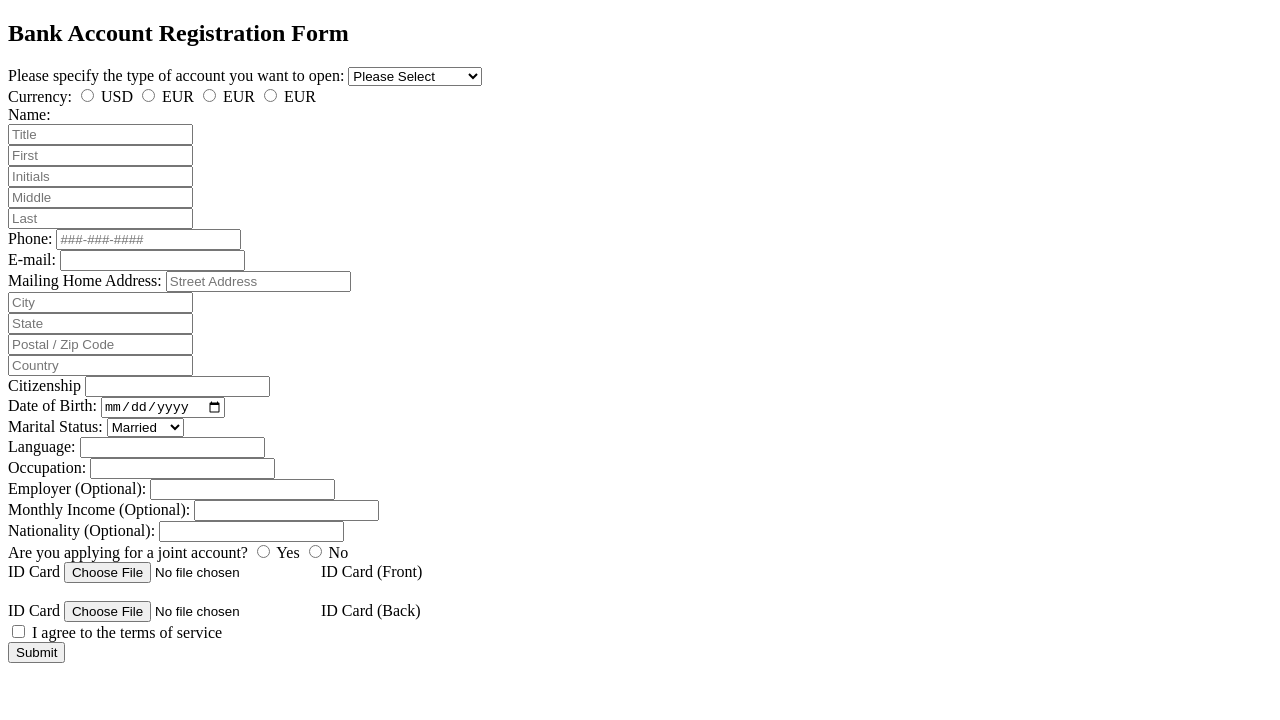
Repository: hizeetech/First-Assignment
Page: sign_up.html
The author's editor kept a copy of each file at every save. The page is drawn from the files as they stood at one save, then again after the next save.
The browser window is 1280 px wide. The pictures show the whole page.

Above is the page before, as saved 2024-11-09 02:32:42.

### sign_up.html
<!DOCTYPE html>
<html lang="en">
<head>
    <meta charset="UTF-8">
    <meta name="viewport" content="width=device-width, initial-scale=1.0">
    <title>Bank Account Registration Form</title>

</head>
<body>

<div>
    <h2>Bank Account Registration Form</h2>
    <form action="#" method="post">

        <div>
            <label for="account-type">Please specify the type of account you want to open:</label>
            <select id="account-type" name="account_type" required>
                <option value="">Please Select</option>
                <option value="savings">Savings Account</option>
                <option value="current">Current Account</option>
                <option value="corporate">Corporate Account</option>
            </select>
        </div>

        <div>
            <label>Currency:</label>
            <label><input type="radio" name="currency" value="NGN" required> USD</label>
            <label><input type="radio" name="currency" value="USD"> EUR</label>
            <label><input type="radio" name="currency" value="EUR"> EUR</label>
            <label><input type="radio" name="currency" value="POUNDS"> EUR</label>
        </div>

        <div>
            <label for="title">Name:</label>
            <div class="inline"><input type="text" id="title" name="title" placeholder="Title"></div>
            <div class="inline"><input type="text" name="first_name" placeholder="First" required></div>
            <div class="inline"><input type="text" name="initials" placeholder="Initials"></div>
            <div class="inline"><input type="text" name="middle_name" placeholder="Middle"></div>
            <input type="text" name="last_name" placeholder="Last" required>
        </div>

        <div>
            <label for="phone">Phone:</label>
            <input type="tel" id="phone" name="phone" placeholder="###-###-####" required>
        </div>

        <div>
            <label for="email">E-mail:</label>
            <input type="email" id="email" name="email" required>
        </div>

        <div>
            <label for="address">Mailing Home Address:</label>
            <input type="text" id="address" name="address" placeholder="Street Address" required>
            <div class="inline"><input type="text" name="city" placeholder="City" required></div>
            <div class="inline"><input type="text" name="state" placeholder="State" required></div>
            <div class="inline"><input type="text" name="postal_code" placeholder="Postal / Zip Code" required></div>
            <input type="text" name="country" placeholder="Country" required>
        </div>

        <div>
            <label for="citizenship">Citizenship</label>
            <input type="citizenship" id="citizenship" name="citizenship" required>
        </div>

        <div>
            <label for="dob">Date of Birth:</label>
            <input type="date" id="dob" name="dob" required>
        </div>

        <div>
            <label for="marital-status">Marital Status:</label>
            <select id="marital-status" name="marital_status" required>
                <option value="married">Married</option>
                <option value="single">Single</option>
                <option value="divorced">Divorced</option>
                <option value="widowed">Widowed</option>
            </select>
        </div>

        <div>
            <label for="language">Language:</label>
            <input type="text" id="language" name="language" required>
        </div>
        <div>
            <label for="occupation">Occupation:</label>
            <input type="text" id="occupation" name="occupation" required>
        </div>
        <div>
            <label for="employer">Employer (Optional):</label>
            <input type="text" id="employer" name="employer">
        </div>
        <div>
            <label for="income">Monthly Income (Optional):</label>
            <input type="text" id="income" name="monthly_income">
        </div>


        <div>
            <label for="nationality">Nationality (Optional):</label>
            <input type="text" id="nationality" name="nationality">
        </div>
        <div>
            <label>Are you applying for a joint account?</label>
            <label><input type="radio" name="joint_account" value="yes"> Yes</label>
            <label><input type="radio" name="joint_account" value="no"> No</label>
        </div>

        <div>
            <label>ID Card</label>
            <input type="file" accept="image/png, image/jpg, image/jpeg, image/webp, image/gif">
            <label for="id-card">ID Card (Front)</label><br><br>
            <label>ID Card</label>
            <input type="file" accept="image/png, image/jpg, image/jpeg, image/webp, image/gif">
            <label for="id-card">ID Card (Back)</label>
        </div>

        <div>
            <input type="checkbox" id="terms" name="terms" required>
            <label for="terms">I agree to the terms of service</a></label>
        </div>



        <button type="submit" class="submit-btn">Submit</button>
    </form>
</div>

</body>
</html>

After the next save:
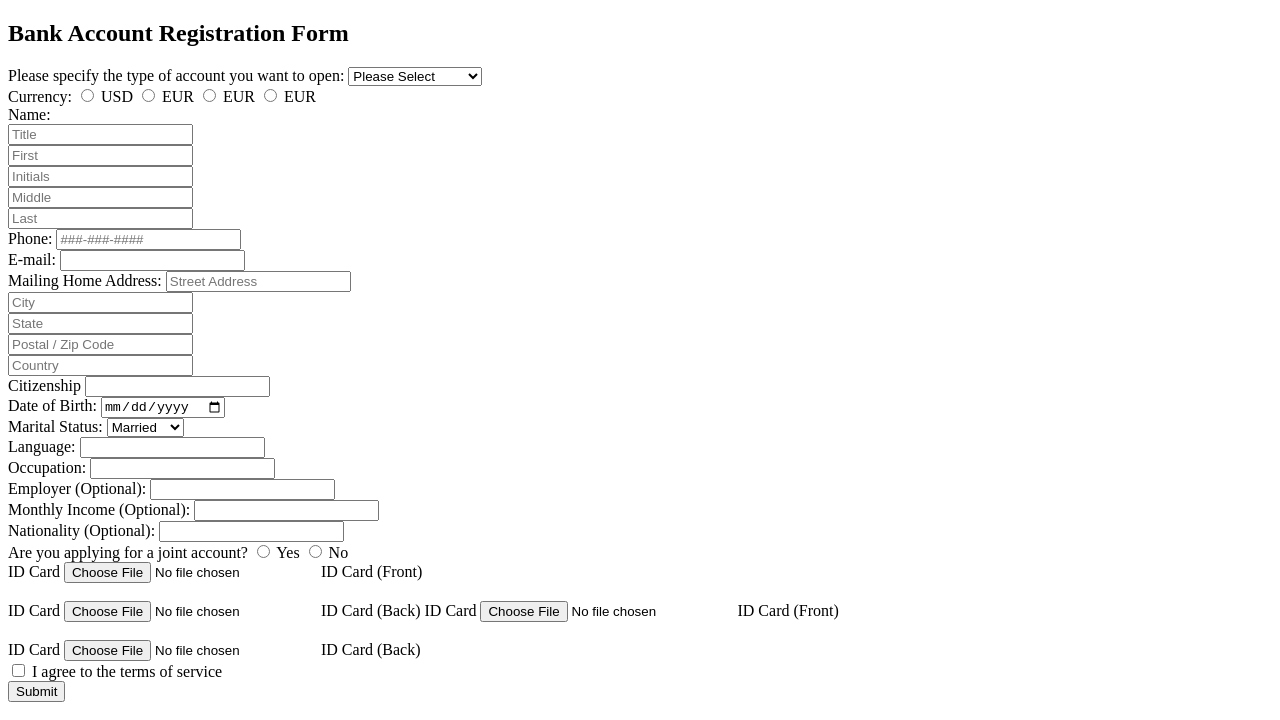
Saved 26 s later.
--- a/sign_up.html
+++ b/sign_up.html
@@ -113,6 +113,12 @@
             <label>ID Card</label>
             <input type="file" accept="image/png, image/jpg, image/jpeg, image/webp, image/gif">
             <label for="id-card">ID Card (Back)</label>
+            <label>ID Card</label>
+            <input type="file" accept="image/png, image/jpg, image/jpeg, image/webp, image/gif">
+            <label for="id-card">ID Card (Front)</label><br><br>
+            <label>ID Card</label>
+            <input type="file" accept="image/png, image/jpg, image/jpeg, image/webp, image/gif">
+            <label for="id-card">ID Card (Back)</label>
         </div>
 
         <div>
